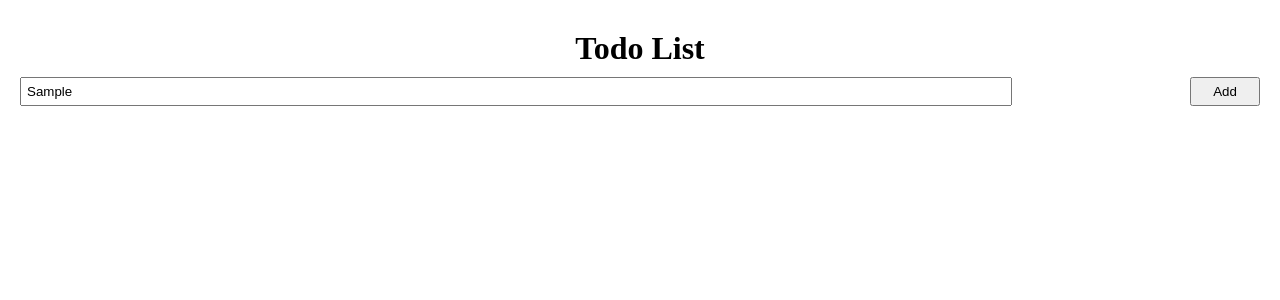
Repository: TENSAEA/----todo
Page: index.html
These files come from the project's save history. The page is drawn as it stood at one moment and after the next save; the edit follows.
The browser window is 1280 px wide. The pictures show the whole page.
Empty fields were first filled with sample values (such as "Sample", 5 or name@example.com).
After loading, the first visible `#addBtn` was clicked once.

Above is the page before, as saved 2023-10-11 11:44:53.
Console error: TypeError: Cannot read properties of null (reading 'appendChild')

After the next save:
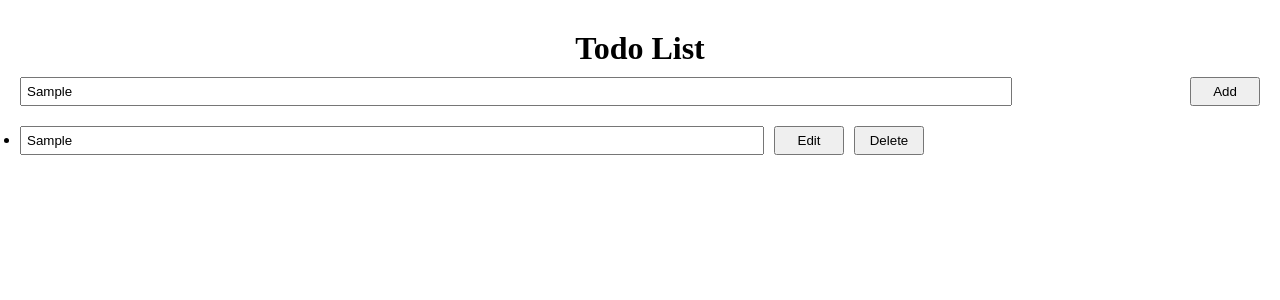
The error is gone.
Saved 112 s later.
--- a/script.js
+++ b/script.js
@@ -5,7 +5,7 @@ window.addEventListener("load", () => {
   addBtn.addEventListener("click", (e) => {
     e.preventDefault();
     console.log("clicked");
-    let list = document.querySelector("list-div");
+    let list = document.querySelector(".list-div");
     let ul = document.createElement("ul");
     ul.classList.add("list");
     let li = document.createElement("li");
